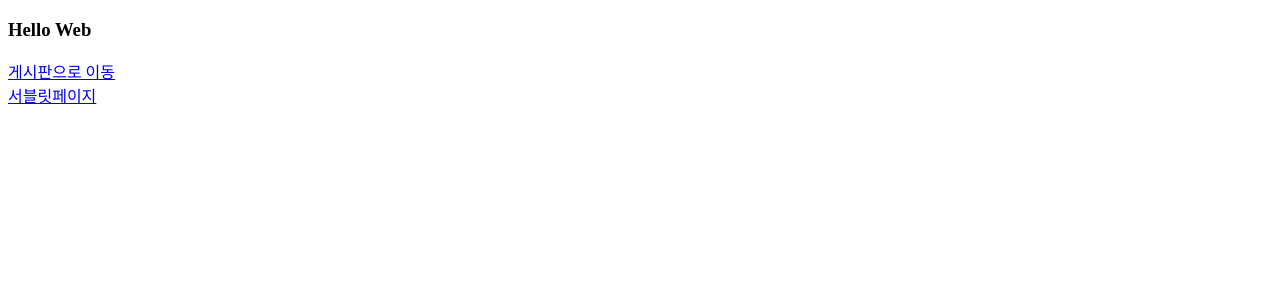
Repository: HeeJaeRA/Yedam
Page: Dev/workspace/helloWeb/src/main/webapp/index.html
The author's editor kept a copy of each file at every save. The page is drawn from the files as they stood at one save, then again after the next save.
The browser window is 1280 px wide. The pictures show the whole page.

Above is the page before, as saved 2023-10-24 01:17:25.

### Dev/workspace/helloWeb/src/main/webapp/index.html
<!DOCTYPE html>
<html>
<head>
<meta charset="UTF-8">
<title>첫 페이지</title>
</head>
<body>
	<h3>Hello Web</h3>
	<a href="board/board.html">게시판으로 이동</a><br>
	<a href="LoginServlet">서블릿페이지</a><br>
</body>
</html>

After the next save:
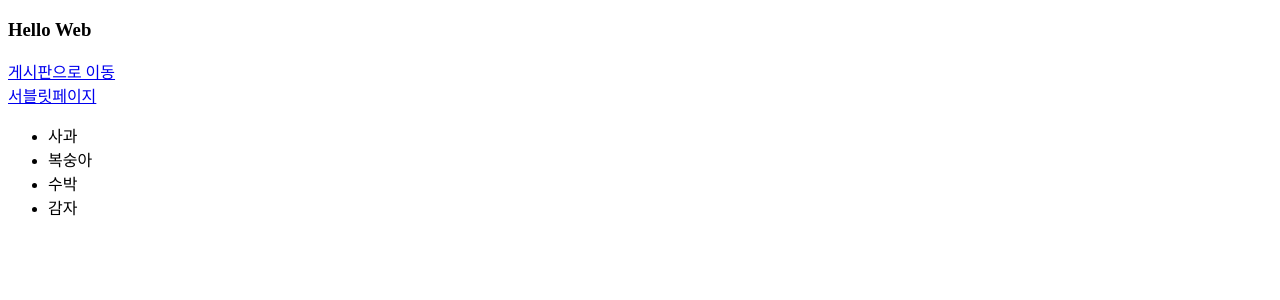
Saved 59 s later.
--- a/Dev/workspace/helloWeb/src/main/webapp/index.html
+++ b/Dev/workspace/helloWeb/src/main/webapp/index.html
@@ -1,12 +1,22 @@
 <!DOCTYPE html>
 <html>
+
 <head>
-<meta charset="UTF-8">
-<title>첫 페이지</title>
+	<meta charset="UTF-8">
+	<title>첫 페이지</title>
 </head>
+
 <body>
+	<!--http://192.168.0.47:8080/helloWeb/index.html-->
 	<h3>Hello Web</h3>
 	<a href="board/board.html">게시판으로 이동</a><br>
 	<a href="LoginServlet">서블릿페이지</a><br>
+	<ul>
+		<li>사과</li>
+		<li>복숭아</li>
+		<li>수박</li>
+		<li>감자</li>
+	</ul>
 </body>
+
 </html>
